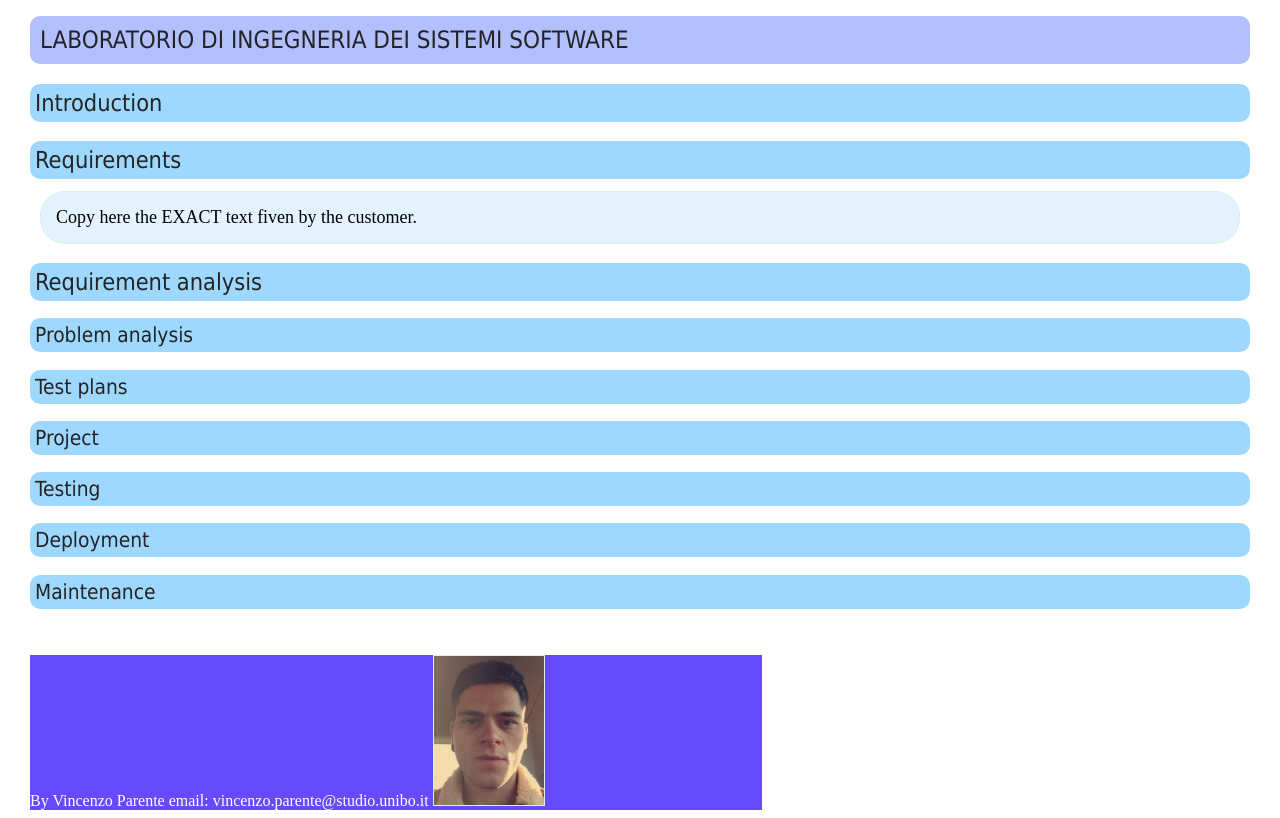
Repository: ParenteVincenzo/iss2022
Page: it.unibo.radarSystem22/userDocs/radarSystem22.html
An editor plug-in stored every save of this project. The page is shown before and after the next save, followed by the edit.
The browser window is 1280 px wide. The pictures show the whole page.

Above is the page before, as saved 2022-03-06 16:05:42.

### it.unibo.radarSystem22/userDocs/radarSystem22.html
<!DOCTYPE html PUBLIC "-//W3C//DTD HTML 4.01//EN" "http://www.w3.org/TR/html4/strict.dtd">
<html>
    <!--
<link rel="stylesheet" type="text/css" href="../css/issStyle1.css">
<script type="text/javascript" src="../css/issStyle.js"></script>
-->
<style type="text/css">
body
{
    margin-left:  30px;
    margin-right: 30px;
};

P
{
    font-family: Tahoma;
    font-size: 10pt;
};

a, a:visited, a:active, a:link, a:hover {
    text-decoration: underline;
    color: #545454;
    background-color: transparent;
	font-size: 93%;
}

a:hover {
    background-color: #cccccc;
}


hr {
    clear: both;
    height: 1px;
    color: #242424;
    background-color: transparent;
}

h1, h2, h3 {
    color: #242424;
    clear: left;
    font: 100% Tahoma, Helvetica, Arial, sans-serif;
    margin-bottom: 0.5em;
    padding-top: 0.5em;
	border-radius: 10px;
	padding: 5px;
}

top {
	width: 100%;
}


#i {
    color: #ff1010;
}
tt{
	font-family: "Arial";
    font-size: 90%;
	color: #006600;
}
em{
	font-family: "Arial";
    font-size: 80%;
	font-weight: bold;
	border-style:solid;
	border-color: #abe876;
    color: #1632cc;
}
bc{
	font-family: "Arial";
	font-size: 90%;
	font-weight: bold;
    color: #990000;
	background-color: #fcf8c7;
}
ks{
	font-family: "Arial";
	font-weight: bold;
    color: #0000CD	;
	font-size: 90%;
}
kc{
	font-family: "Arial";
	font-weight: bold;
    color: #008000	;
	font-size: 90%;
}
pre{
	font-family: "Consolas";
	font-size: 85%;
	background-color: #f5f5f5;
	border: 1.5px solid silver;
	padding: 5px;
}
m{
	font-family: "Helvetica";
	line-height: 100%;
 	font-size: 75%;
}
div.body{

    font-size: 18px;
}
k{
    color: #990000;
	font-weight: bold;
	font-size: 90%;
}
h1 {
    font-size: 150%;
    background-color: #b2c0ff;
	padding: 10px;
}

h2 {
    background-color: #9ed8ff;
    font-size: 130%;
}

h3 {
	background-color: #e6ccff;
    font-size: 100%;
}
h4 {
    background-color: #ccffcc;
    font-size: 100%;
	width: 95%;
	border-radius: 5px;
	padding: 2px;
}
h5 {
    background-color: #d5ffb0;
    font-size: 100%;

}
div.req{
	background-color: #d9ffb3;
    font-size: 18px;
	width: 700px;
    border: 3px solid green;
    padding: 15px;
    margin: 10px;
}
div.remark{
	background-color: #E3F2FD;
    border: 1.5px solid #d5f2ed;
    padding: 15px;
    margin: 10px;
	border-radius: 25px;
}
table, th, td {
  border: 1px solid black;
  border-collapse: collapse;
}

ol, ul, li {
  margin: 0;
  margin-left: 10px;
  padding: 0;
  padding-bottom: 5px;
}

table, th, td {
	border: 1px solid black;
}

img {
	border: 1.5px solid #d5f2ed

}

a, a:visited, a:active, a:link, a:hover {
    text-decoration: underline;
    color: #545454;
    background-color: transparent;
}

div.wrapdesc{
	width: 90%;
	margin: auto;
}

div.imagedesc{
	width: 85%;
	margin: auto;
}
</style>

<head>

<title>TemplateToFill</title></head>

<body>
<div id="top">
<h1>LABORATORIO DI INGEGNERIA DEI SISTEMI SOFTWARE <font size="5"></font> </h1>
</div>

<div class="body">
<h2>Introduction</h2>


<h2>Requirements</h2>


<div class="remark">
Copy here the EXACT text fiven by the customer.
</div>



<h2>Requirement analysis</h2>


</div>

<h2>Problem analysis</h2>


<h2>Test plans</h2>


<h2>Project</h2>

</div>

<h2>Testing</h2>


<h2>Deployment</h2>


<h2>Maintenance</h2>

<!-- USEFUL
<table style="width:100%" border="1">
<tr>
<td style="width:50%">
</td>
<td></td>
</tr>
</table>
-->

<br/><br/>
</div>

<div style="background-color:rgba(86, 56, 253, 0.9); width:60%;text-align:left;color:white">
By Vincenzo Parente email: vincenzo.parente@studio.unibo.it
<img src="vincenzoP.jpg" alt="mbot" width="15%" height="15%">
</div>
</body>
</html>

After the next save:
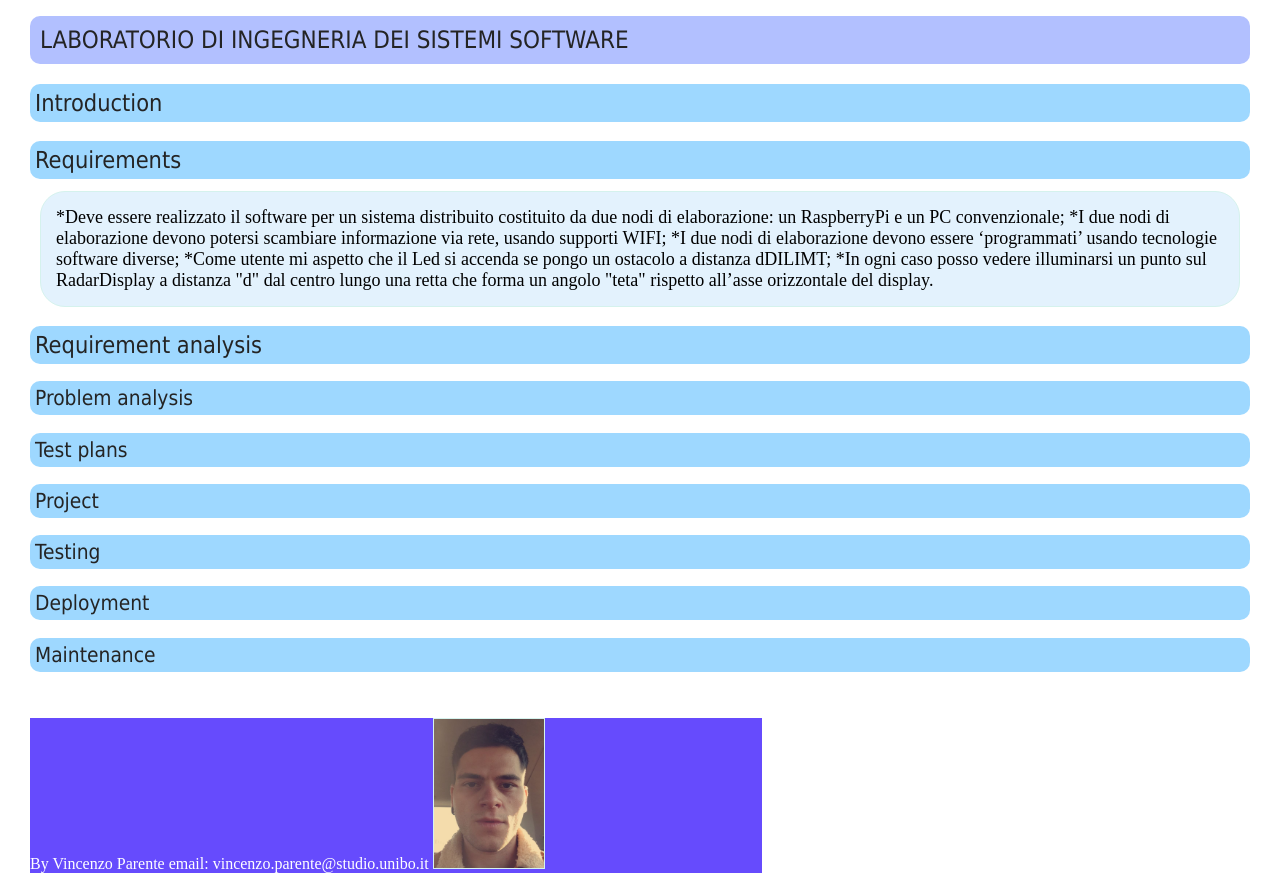
Saved 43 min 11 s later.
--- a/it.unibo.radarSystem22/userDocs/radarSystem22.html
+++ b/it.unibo.radarSystem22/userDocs/radarSystem22.html
@@ -204,7 +204,11 @@ div.imagedesc{
 
 
 <div class="remark">
-Copy here the EXACT text fiven by the customer.
+*Deve essere realizzato il software per un sistema distribuito costituito da due nodi di elaborazione: un RaspberryPi e un PC convenzionale;
+*I due nodi di elaborazione devono potersi scambiare informazione via rete, usando supporti WIFI;
+*I due nodi di elaborazione devono essere ‘programmati’ usando tecnologie software diverse;
+*Come utente mi aspetto che il Led si accenda se pongo un ostacolo a distanza d<DILIMT dal Sonar e che il Led si spenga non appena porto l’ostacolo ad una distanza d>DILIMT;
+*In ogni caso posso vedere illuminarsi un punto sul RadarDisplay a distanza "d" dal centro lungo una retta che forma un angolo "teta" rispetto all’asse orizzontale del display.
 </div>
 
 
